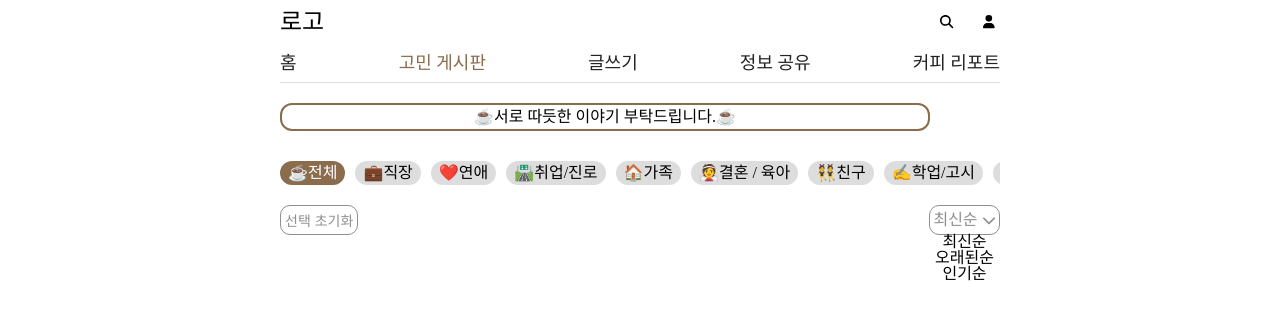
Repository: zlazlazla35/coffee
Page: /list
These files come from the project's save history. The page is drawn as it stood at one moment and after the next save; the edit follows.
The browser window is 1280 px wide. The pictures show the whole page.
Some web fonts or font styles are not loaded; a fallback is used. The project was rebuilt for these pictures with package versions that can differ from the ones it lists, and the page was loaded fresh each time. The framework's server and built-in components were replaced by stand-ins that run in the browser. Also part of the build but not shown: next.config.mjs.

Above is the page before, as saved 2024-12-26 18:32:28.

### src/app/layout.js
import { Geist, Geist_Mono } from "next/font/google";
import "./globals.css";
import Link from "next/link";
import { FontAwesomeIcon } from '@fortawesome/react-fontawesome'
import { faMagnifyingGlass, faUser } from '@fortawesome/free-solid-svg-icons'
import NavMenu from "./component/NavMenu";

const geistSans = Geist({
  variable: "--font-geist-sans",
  subsets: ["latin"],
});

const geistMono = Geist_Mono({
  variable: "--font-geist-mono",
  subsets: ["latin"],
});

export const metadata = {
  title: "Create Next App",
  description: "Generated by create next app",
};

export default function RootLayout({ children }) {
  return (
    <html lang="en">
      <body className={`${geistSans.variable} ${geistMono.variable}`}>
        <div className="nav_bar">
          <div className="nav_bar_top">
            <Link className="logo" href={'/'}>로고</Link>
            <div className="userBox">
              <button>
                <FontAwesomeIcon icon={faMagnifyingGlass} />
              </button>
              <button>
                <FontAwesomeIcon icon={faUser} />
              </button>
            </div>
          </div>
          <div className="nav_bar_bottom">
          <NavMenu></NavMenu>
          </div>
        </div>
        {children}
      </body>
    </html>
  );
}

### src/app/list/page.js
'use client'
import { useState } from "react"
import { FontAwesomeIcon } from '@fortawesome/react-fontawesome'
import { faChevronDown } from '@fortawesome/free-solid-svg-icons'

export default function List() {
    let [tagList, setTagList] = useState(['☕전체', '💼직장', '❤️연애', '🛣️취업/진로', '🏠가족', '👰결혼 / 육아', '👯친구', '✍️학업/고시', '🚫중독', '💰사업 / 금전', '💉질병 / 질환']);
    let [tagActive, setTagActive] = useState([true, false, false, false, false, false, false, false, false, false, false])







    return (
        <div className="liset_page">
            <div className="top_border">
                ☕서로 따듯한 이야기 부탁드립니다.☕
            </div>
            <div className="tag">
                <ul className="tag_list">
                    {
                        tagList.map((item, i) => {

                            return (
                                <li className={tagActive[i] == true ? 'on' : null} key={i} onClick={(e) => {
                                    let copy = [...tagActive];

                                    if (copy[i] == false) {
                                        copy[i] = true;
                                        setTagActive(copy);
                                    } else {
                                        copy[i] = false;
                                        setTagActive(copy);
                                    }

                                    if (e.target.innerHTML !== '☕전체') {
                                        copy[0] = false;
                                        setTagActive(copy);
                                    } else {
                                        let copy2 = [true, false, false, false, false, false, false, false, false, false, false];
                                        setTagActive(copy2);
                                    }
                                }} >{item}</li>
                            )
                        })
                    }
                </ul>
            </div>
            <div className="filterBox">
                <button className="tag_reset">선택 초기화</button>
                <div className="filterSelectBox">
                    <h2 className="title">최신순<FontAwesomeIcon icon={faChevronDown} /></h2>
                    <ul className="filterSelect">
                        <li>최신순</li>
                        <li>오래된순</li>
                        <li>인기순</li>
                    </ul>
                </div>
            </div>
        </div>
    )
}

//

### src/app/globals.css
@font-face {
    font-family: 'Ownglyph_StudyHard-Rg';
    src: url('https://fastly.jsdelivr.net/gh/projectnoonnu/2411-3@1.0/Ownglyph_StudyHard-Rg.woff2') format('woff2');
    font-weight: normal;
    font-style: normal;
}
/* /styles/reset.css */
body {font-family: 'Ownglyph_StudyHard-Rg' !important;}
html, body, div, span, applet, object, iframe,
h1, h2, h3, h4, h5, h6, p, blockquote, pre,
a, abbr, acronym, address, big, cite, code,
del, dfn, em, img, ins, kbd, q, s, samp,
small, strike, strong, sub, sup, tt, var,
b, u, i, center,
dl, dt, dd, ol, ul, li,
fieldset, form, label, legend,
table, caption, tbody, tfoot, thead, tr, th, td,
article, aside, canvas, details, embed,
figure, figcaption, footer, header, hgroup,
menu, nav, output, ruby, section, summary,
time, mark, audio, video {
	margin: 0;
	padding: 0;
	border: 0;
	font-size: 100%;
	font: inherit;
	vertical-align: baseline;
}
/* HTML5 display-role reset for older browsers */
article, aside, details, figcaption, figure,
footer, header, hgroup, menu, nav, section {
	display: block;
}
body {
	line-height: 1;
}
ol, ul {
	list-style: none;
}
blockquote, q {
	quotes: none;
}
blockquote:before, blockquote:after,
q:before, q:after {
	content: '';
	content: none;
}
table {
	border-collapse: collapse;
	border-spacing: 0;
}
input:focus {outline: none;}
a {text-decoration: none; color: inherit;}


.nav_bar {width: 100%; max-width: 720px; margin: 0 auto;}
.nav_bar .nav_bar_top {width: 100%; display: flex; align-items: center; justify-content: space-between; box-sizing: border-box; padding: 10px 0; }
.nav_bar .nav_bar_top .logo {font-size: 24px; }
.nav_bar .nav_bar_top .userBox {display: flex; align-items: center;}
.nav_bar .nav_bar_top .userBox button {width: 22px; display: block; background: none; border: none; padding: 0;}
.nav_bar .nav_bar_top .userBox button {margin-right: 20px;}
.nav_bar .nav_bar_top .userBox button:last-child {margin-right: 0;}
.nav_bar .nav_bar_bottom {width: 100%; }
.nav_bar .nav_bar_bottom .nav_list {display: flex; align-items: center; justify-content: space-between; box-sizing: border-box; padding: 10px 0; border-bottom: 1px solid #ddd;}
.nav_bar .nav_bar_bottom .nav_list li { font-size: 18px; color: #232323; }
.nav_bar .nav_bar_bottom .nav_list li a.active {color: #8b6d4e; }


.liset_page {width: 100%; max-width: 720px; margin: 0 auto;}
.liset_page .top_border {width: 100%; max-width: 650px; border: 2px solid #8b6d4e; border-radius: 12px; display: flex; align-items: center; justify-content: center; font-size: 16px; box-sizing: border-box; padding: 4px; margin: 20px 0 30px;}
.liset_page .tag {width: 100%;}
.liset_page .tag .tag_list {width: 100%; display: flex; align-items: center; white-space: nowrap; overflow-x: scroll;}
.liset_page .tag .tag_list::-webkit-scrollbar {height: 8px;}
.liset_page .tag .tag_list::-webkit-scrollbar-thumb {background: #a89f96; border-radius: 10px; }
.liset_page .tag .tag_list::-webkit-scrollbar-track {background: rgba(123, 87, 8, 0.1); }
.liset_page .tag .tag_list li {background: #ddd; font-size: 16px; box-sizing: border-box; padding: 4px 8px; border-radius: 12px; margin-right: 10px; cursor: pointer;}
.liset_page .tag .tag_list li:last-child {margin-right: 0;}
.liset_page .tag .tag_list li.on {background: #8b6d4e; color: #fff;}
.liset_page .filterBox {width: 100%; display: flex; align-items: center; justify-content: space-between;}
.liset_page .filterBox .filterSelectBox {display: flex; position: relative; border: 1px solid #8f8f8f; border-radius: 10px; width: 100%; max-width: 69px; height: 28px; align-items: center; justify-content: center; margin: 20px 0;}
.liset_page .filterBox .filterSelectBox .title {font-size: 16px; color: #8f8f8f;}
.liset_page .filterBox .filterSelectBox .title svg {font-size: 14px; margin-left: 4px;}
.liset_page .filterBox .filterSelectBox .filterSelect {position: absolute; left: 50%; top: 28px; width: 100%; transform: translateX(-50%);}
.liset_page .filterBox .filterSelectBox .filterSelect {width: 100%; box-shadow: rgba(0, 0, 0, 0.2);}
.liset_page .filterBox .filterSelectBox .filterSelect li {width: 100%; text-align: center;}


.liset_page .filterBox .tag_reset{display: inline-block; box-sizing: border-box; padding: 4px; border: 1px solid #8f8f8f; background: none; color: #8f8f8f; font-size: 14px; border-radius: 10px;}

### src/app/component/NavMenu.js
'use client'

import Link from "next/link";
import { usePathname } from "next/navigation";

export default function NavMenu() {
    const pathname = usePathname();

    return (
        <ul className="nav_list">
            <li>
                <Link href={'/'}>홈</Link>
            </li>
            <li>
                <Link className={pathname == '/list'? 'active' : null} href={'/list'}>고민 게시판</Link>
            </li>
            <li>
                <Link className={pathname == '/writing'? 'active' : null} href={'/writing'}>글쓰기</Link>
            </li>
            <li>
                <Link className={pathname == '/share'? 'active' : null} href={'/share'}>정보 공유</Link>
            </li>
            <li>
                <Link className={pathname == '/report'? 'active' : null} href={'/report'}>커피 리포트</Link>
            </li>
        </ul>
    )
}

After the next save:
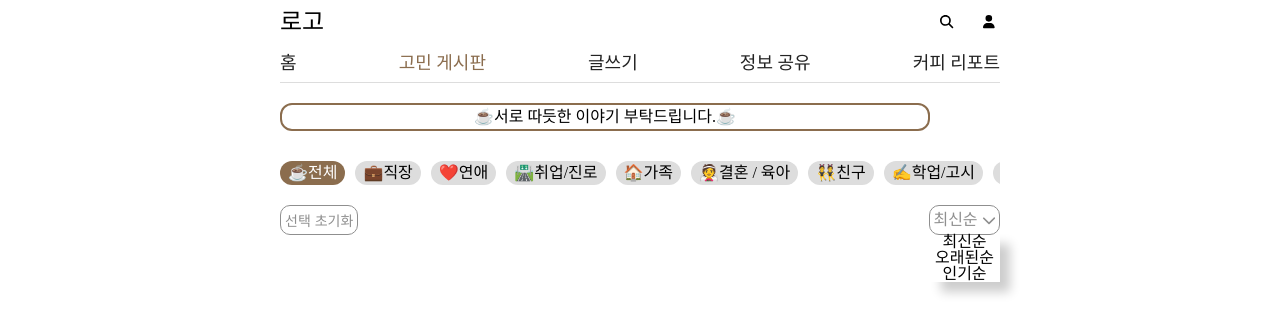
Saved 9 s later.
--- a/src/app/globals.css
+++ b/src/app/globals.css
@@ -81,7 +81,7 @@ a {text-decoration: none; color: inherit;}
 .liset_page .filterBox .filterSelectBox .title {font-size: 16px; color: #8f8f8f;}
 .liset_page .filterBox .filterSelectBox .title svg {font-size: 14px; margin-left: 4px;}
 .liset_page .filterBox .filterSelectBox .filterSelect {position: absolute; left: 50%; top: 28px; width: 100%; transform: translateX(-50%);}
-.liset_page .filterBox .filterSelectBox .filterSelect {width: 100%; box-shadow: rgba(0, 0, 0, 0.2);}
+.liset_page .filterBox .filterSelectBox .filterSelect {width: 100%; box-shadow: 10px 10px 10px rgba(0, 0, 0, 0.2);}
 .liset_page .filterBox .filterSelectBox .filterSelect li {width: 100%; text-align: center;}
 
 
